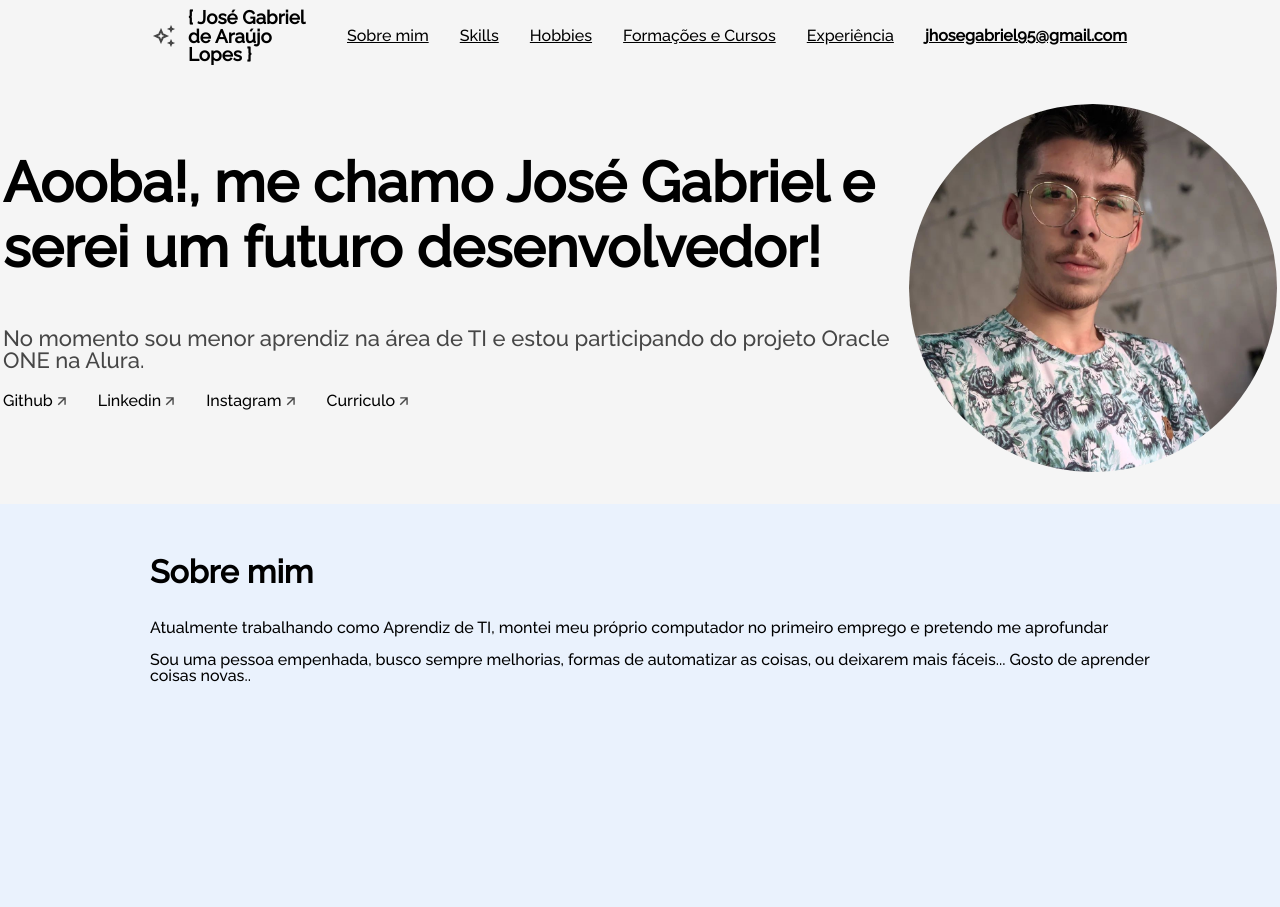
Repository: GabbLps/Portfolio
Page: index.html
These files come from the project's save history. The page is drawn as it stood at one moment and after the next save; the edit follows.
The browser window is 1280 px wide. The pictures show the whole page.

Above is the page before, as saved 2022-06-23 02:29:38.

After the next save:
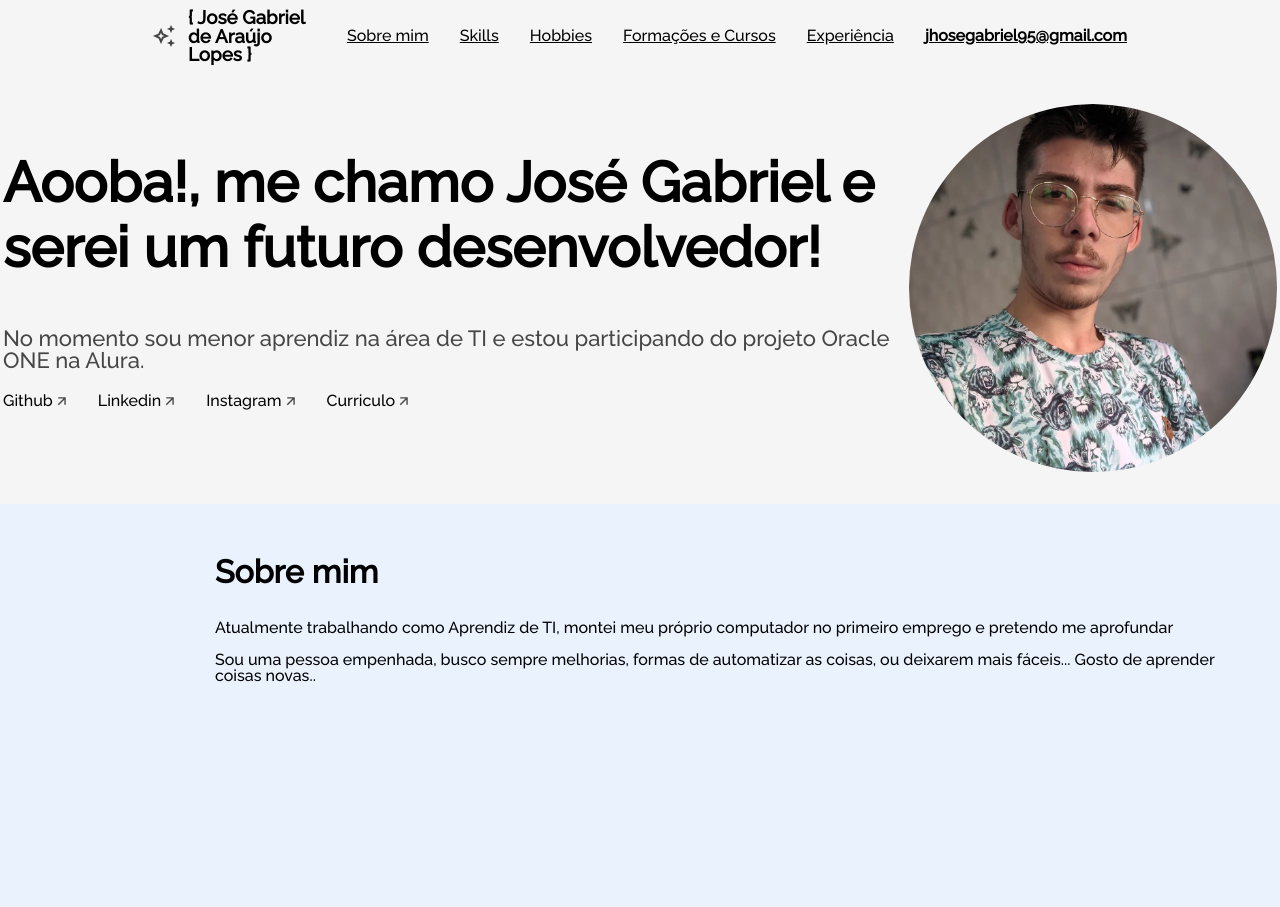
Saved 9 s later.
--- a/style.css
+++ b/style.css
@@ -126,7 +126,7 @@
 
 div.about__container{
     max-width: 1000px;
-    margin: auto 0;
+    margin: 0 auto;
 }
 
 .about__title {

After the save that followed:
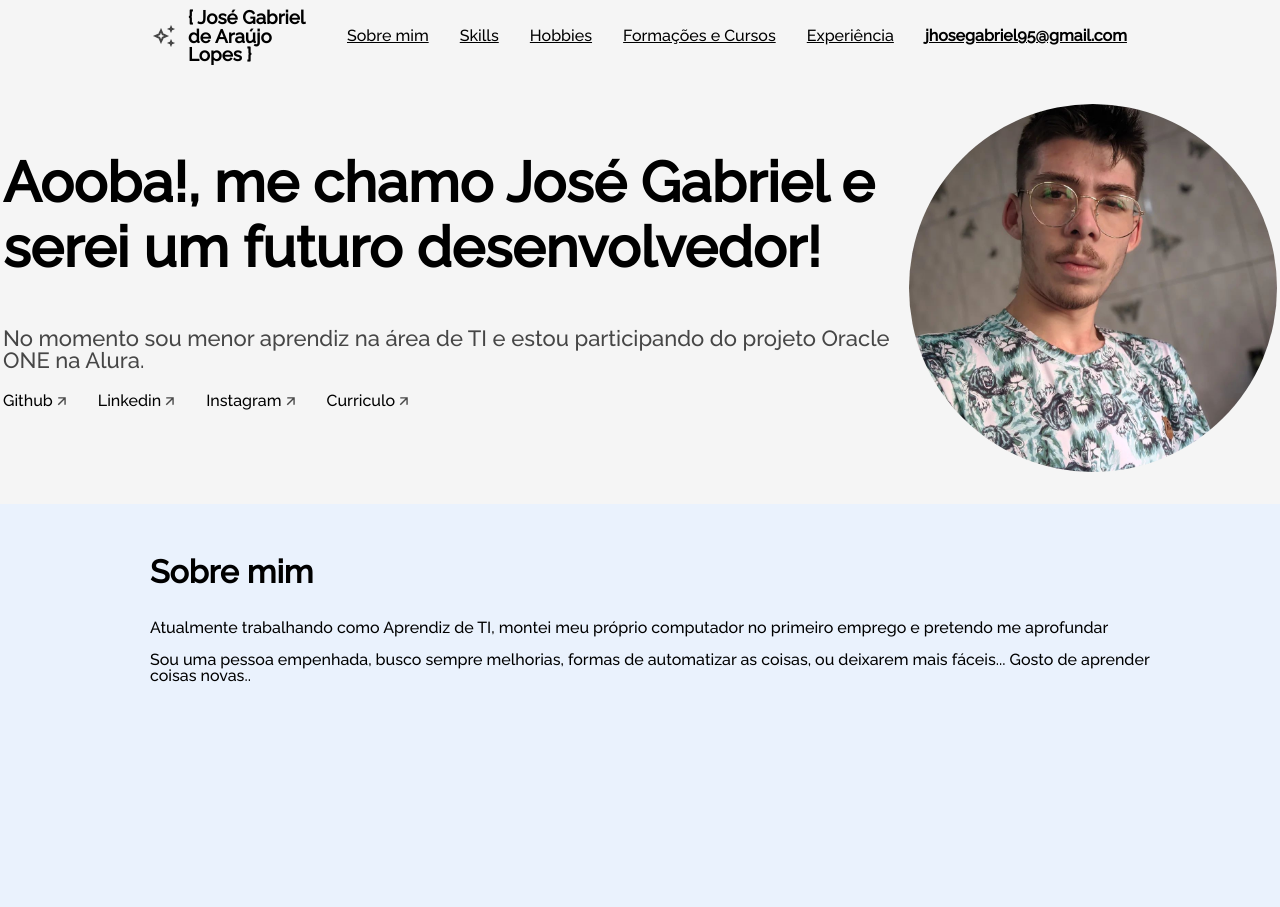
Saved 11 s later.
--- a/style.css
+++ b/style.css
@@ -126,7 +126,7 @@
 
 div.about__container{
     max-width: 1000px;
-    margin: 0 auto;
+    margin: auto 0;
 }
 
 .about__title {
